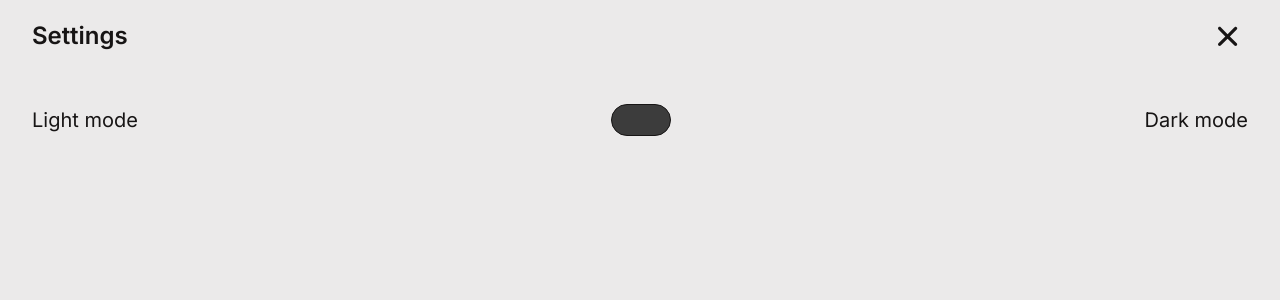
Repository: IdaHolmen/notes
Page: index.html
An editor plug-in stored every save of this project. The page is shown before and after the next save, followed by the edit.
The browser window is 1280 px wide. The pictures show the whole page.
The pointer rests on the first visible `.slider`.

Above is the page before, as saved 2024-10-26 18:35:52.

### index.html
<!DOCTYPE html>
<html lang="en">
    <head>
        <meta charset="UTF-8" />
        <meta name="viewport" content="width=device-width, initial-scale=1.0" />
        <title>Notes</title>

        <link rel="stylesheet" href="./css/reset.css" />
        <link rel="stylesheet" href="./css/style.css" />
    </head>
    <body>
        <header class="notes-header">
            <button class="hamburger-button header-buttons">
                <img src="./assets/hamburger.svg" alt="Hamburger menu" class="hamburger-image header-images" />
            </button>
            <h1 class="headline">Notes</h1>
            <button class="add-notes-button header-buttons">
                <img src="./assets/plus.svg" alt="A plus sign to add notes" class="add-notes-image header-images" />
            </button>
        </header>

        <main class="main-container">
            <div class="default-container">
                <p class="default-text">Tap the + to add a new note</p>
            </div>

            <div class="hamburger-menu">
                <div class="hamburger-header">
                    <h2 class="headline">Settings</h2>
                    <button class="close-button header-buttons">
                        <img src="./assets/exit.svg" alt="Exit button" class="exit-image" />
                    </button>
                </div>

                <div class="hamburger-main-container">
                    <div class="mode-container">
                        <p class="mode-text">Light mode</p>

                        <label class="switch">
                            <input type="checkbox" />
                            <span class="slider round"></span>
                        </label>

                        <p class="mode-text">Dark mode</p>
                    </div>
                </div>
            </div>
        </main>
        <script src="app.js"></script>
    </body>
</html>

### css/reset.css
*, *::before, *::after {
	box-sizing: border-box;
  }

* {
	margin: 0;
	padding: 0;
}

body {
	line-height: 1.5;
	-webkit-font-smoothing: antialiased;
}

img, picture, video, canvas, svg {
	display: block;
	max-width: 100%;
}

input, textarea, select {
	font: inherit;
}

p, h1, h2, h3, h4, h5, h6 {
	overflow-wrap: break-word;
}

#root, #__next {
	isolation: isolate;
}

button {
	font: inherit;
	background: transparent;
	border: none;
	cursor: pointer;
	touch-action: manipulation;
}

a {
	color: inherit;
	text-decoration: none;
}

### css/style.css
@import url('https://fonts.googleapis.com/css2?family=Inter:ital,opsz,wght@0,14..32,100..900;1,14..32,100..900&display=swap');

:root {
    --primary-color: #ebeaea;
    --secondary-color: #171515;
    --dark-card-color: #3c3c3c;
    --light-card-color: #f0edc7;
}

body {
    width: 100%;
    height: 100vh;
    background-color: var(--primary-color);
    color: var(--secondary-color);
    font-family: 'Inter';
}

.notes-header {
    width: 100%;
    height: 10%;
    display: none;
    flex-direction: row;
    align-items: center;
    justify-content: space-between;
    padding: 1rem 2rem;
}

.headline {
    font-size: 1.5rem;
    font-weight: 600;
}

.header-buttons {
    width: 2.5rem;
    height: 2.5rem;
    border-radius: 50%;
    display: flex;
    justify-content: center;
    align-items: center;
}

.header-buttons:hover {
    background-color: #d9d9d9;
}

.header-buttons:active {
    background-color: #a5a5a5;
}

.header-images {
    width: 1.5rem;
    height: 1.5rem;
}

.main-container {
    width: 100%;
    height: 90%;
}

.default-container {
    width: 100%;
    height: 100%;
    display: none;
    justify-content: center;
    align-items: center;
}

.default-text {
    font-size: 1.25rem;
}

/* ------------ HAMBURGER MENU ------------  */
.hamburger-menu {
    width: 100%;
    height: 100vh;
}

.hamburger-header {
    width: 100%;
    height: 10%;
    display: flex;
    flex-direction: row;
    align-items: center;
    justify-content: space-between;
    padding: 1rem 2rem;
}

.exit-image {
    width: 1.25rem;
    height: 1.25rem;
}

.hamburger-main-container {
    width: 100%;
    height: 90%;
}

.mode-container {
    width: 100%;
    padding: 2rem;
    display: flex;
    flex-direction: row;
    justify-content: space-between;
    align-items: center;
}

.mode-text {
    font-size: 1.25rem;
}

.switch {
    width: 3.75rem;
    height: 2rem;
    background-color: var(--dark-card-color);
    border-radius: 2rem;
    border: 1px solid var(--secondary-color);
    display: inline-block;
    position: relative;
}

.switch input {
    opacity: 0;
    width: 0;
    height: 0;
}

.slider {
    position: absolute;
    cursor: pointer;
    top: 0;
    left: 0;
    right: 0;
    bottom: 0;
    /* background-color: var(--primary-color); */
    -webkit-transition: 0.4s;
    transition: 0.4s;
}

### app.js
// FETCHING ELEMENTS FROM THE DOM
const hamburgerButton = document.querySelector('.hamburger-button');

// EVENT LISTENERS
hamburgerButton.addEventListener('click', ()=> {
  console.log('Button clicked');

})

After the next save:
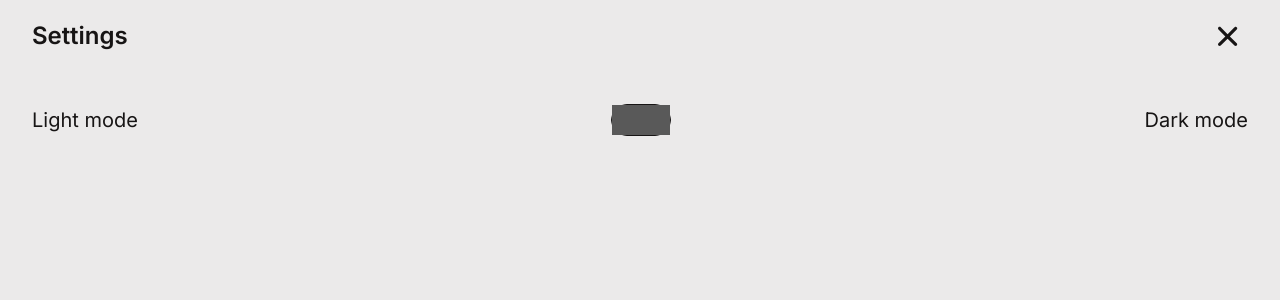
Saved 87 s later.
--- a/css/style.css
+++ b/css/style.css
@@ -135,3 +135,7 @@ body {
     -webkit-transition: 0.4s;
     transition: 0.4s;
 }
+
+.slider:hover {
+    background: #595959;
+}
